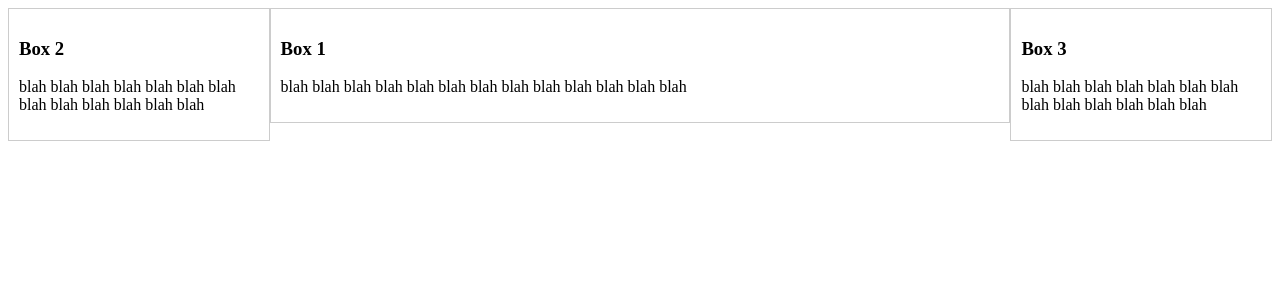
Repository: SHH17HX0r/final-project-10-20
Page: Tom Prigg Dev Portofolio/flex.html
The author's editor kept a copy of each file at every save. The page is drawn from the files as they stood at one save, then again after the next save.
The browser window is 1280 px wide. The pictures show the whole page.

Above is the page before, as saved 2020-11-17 01:05:28.

After the next save:
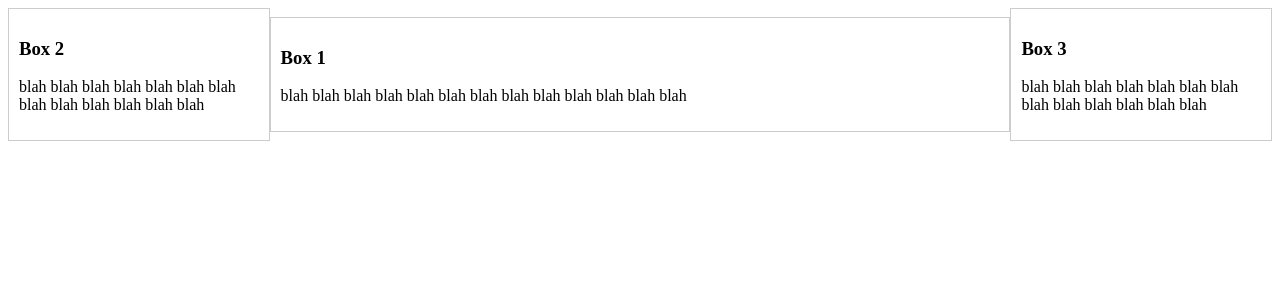
Saved 89 s later.
--- a/Tom Prigg Dev Portofolio/flex.html
+++ b/Tom Prigg Dev Portofolio/flex.html
@@ -9,8 +9,10 @@
     <style>
       .container-1 {
         display: flex;
+        /*
         align-items: flex-start;
-        <!-- align-items: flex-end; -->
+        align-items: flex-end; */
+        align-items: center;
       }
       .container-1 div {
         border: 1px #ccc solid;
